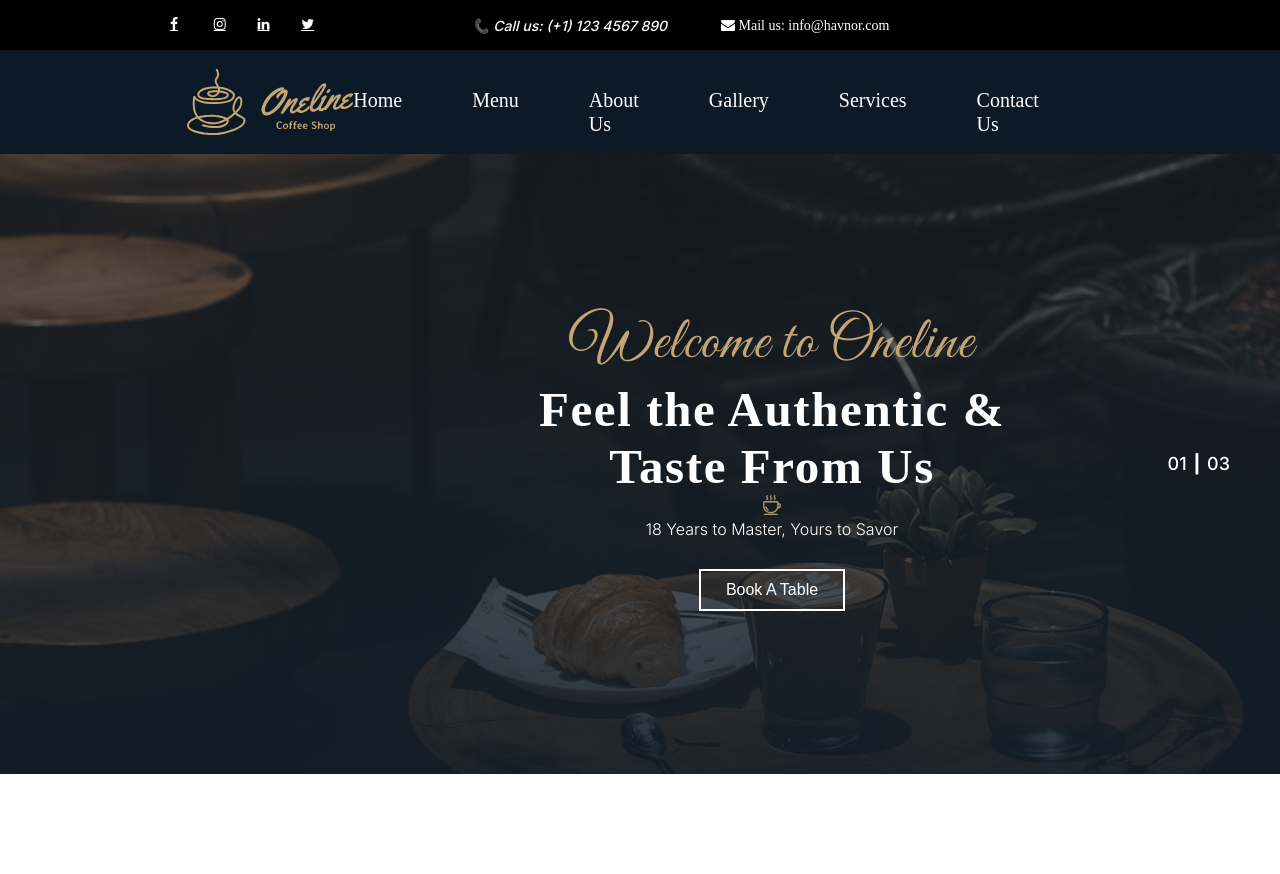
Repository: abhayzulasana/Online-Coffee-Shop
Page: index.html
An editor plug-in stored every save of this project. The page is shown before and after a run of saves, followed by the edit.
The browser window is 1280 px wide. The pictures show the whole page.

Above is the page before, as saved 2025-05-14 10:44:24.

### index.html
<!DOCTYPE html>
<html lang="en">
<head>
  <meta charset="UTF-8" />
  <meta name="viewport" content="width=device-width, initial-scale=1.0" />
  <title>Oneline Coffee Shop</title>
  <link rel="stylesheet" href="style.css" />
  <link rel="stylesheet" href="https://cdnjs.cloudflare.com/ajax/libs/font-awesome/4.7.0/css/font-awesome.min.css">

  <link rel="preconnect" href="https://fonts.googleapis.com" />
  <link rel="preconnect" href="https://fonts.gstatic.com" crossorigin />
  <link href="https://fonts.googleapis.com/css2?family=Great+Vibes&family=Inter:wght@300;500;700&display=swap" rel="stylesheet">
</head>
<body>
  <header class="top-bar">
    <div class="social-icons">
      <a href="#" class="fa fa-facebook"></a>
      <a href="#" class="fa fa-instagram"></a>
      <a href="#" class="fa fa-linkedin"></a>
      <a href="#" class="fa fa-twitter"></a>

    </div>
    <div class="contact-info">
      <i class="call"> 📞   Call us: (+1) 123 4567 890</i>
      <i class="fa fa-envelope">    Mail us: info@havnor.com</i>

    </div>
  </header>

  <nav class="navbar">
    <div class="logo">
      <img src="img/cafelogo.svg">
      <!-- <span>☕</span>
      <span class="logo-text">Oneline <small>Coffee Shop</small></span> -->
    </div>
    <ul class="nav-links">
      <li>Home</li>
      <li>Menu</li>
      <li>About Us</li>
      <li>Gallery</li>
      <li>Services</li>
      <li>Contact Us</li>
    </ul>
  </nav>

  <section class="hero">
    <div class="hero-content">
  <center>
      <h2>Welcome to Oneline</h2>
      <h1>Feel the Authentic & Taste From Us</h1>
      <img src="img/cafe.svg">

      <!-- <div class="divider">☕</div> -->
      <p>18 Years to Master, Yours to Savor</p>
      <button>Book A Table</button>
    </div>
  </center>
    <div class="scroll-number">
      <span>01</span>
      <span>┃</span>
      <span>03</span>
    </div>
  </section >
      <section class="over-story">

      </section>
    </div>
</body>
</html>

### style.css
/* Reset & Base */
* {
    margin: 0;
    padding: 0px;
    box-sizing: border-box;
  }

  body {
    font-family: 'Inter', sans-serif;
    color: white;
    /* margin-left:90px; */
    height: 100vh;
  }
  html {
    scroll-behavior: smooth;
    /*Adds smooth scrolling instead of snapping to element*/
  }

  /* Top Bar */
  .top-bar {
    top: 0px;
    width: 100%;
    height: 50px;
    background-color: #000;
    color: white;
    display: flex;
    justify-content: space-between;
    padding: 10px 30px;
    font-size: 14px;

  }

  .social-icons a {
    margin-top:7px;
    width:40px;
    height: 17px;

    /* margin-right: 10px; */
    color: white;
    /* margin-left: 0px; */
    /* gap: 10px; */
  }
  .fa-facebook{
    margin-left: 140px;
  }
  .contact-info{
      display: flex;
      gap: 40px;
      margin-right: 320px;
      font-family: 'Inter', sans-serif;

      align-items: center;

  }
  .call{
      /* gap: 70px; */
      font-family: 'Inter', sans-serif;

      /* font: normal normal medium 16px/19px Montserrat; */
      width: 209px;
  }
  .fa-envelope{
    width: 209px;
    font-family: 'Inter', sans-serif;

  }

  /* Navbar */
  .navbar {
    top: 47px;
    margin-left: 0px;
    width: 100%;
    height: 104px;
    background-color: #0c1a28;
    display: flex;
    justify-content: space-between;
    text-align: left;
    /* align-items: center; */
    padding: 15px 50px;
  }

  .logo {
    display: flex;
    align-items: center;
    font-size: 70px;
    /* color: #C5A572; */
  }
.logo img{
  margin-left: 137px;
}
  /* .logo span{
    margin-left: 50px;
    color: #C5A572;
  } */
  .logo-text {
    top: 81px;
    width: 92px;
    height: px;
    color: #C5A572;
    font-family: 'Great Vibes', cursive;
    margin-left: 210px;
    font-size: 45px;
  }

  .logo-text small {
    display: block;
    font-size: 12px;
    font-family: 'Inter', sans-serif;
  }

  .nav-links {
    /* margin-left: 57px; */
    margin-right: 290px;
    margin-top: 23px;
    height: 24px;
    list-style: none;
    display: flex;
    gap: 70px;
    /* text-align: left; */
    font: normal normal normal 20px/24px Montserrat;
    color: #FFFFFF;
    opacity: 1;
  }

  .nav-links li {
    cursor: pointer;
  }

  /* Hero Section */
  .hero {
    top: 151px;
    left: 0px;
    width: 100%;
    height: 100px;
    display: flex;
    justify-content: space-between;
    align-items: center;
    height: calc(100vh - 100px);
    padding: 0 50px;
    background: url('img/bgcafe.png');
  background-repeat: no-repeat;
  background-size: cover;
  background-position: center;
  }

  .hero-content {
    top: 398px;
    margin-left: 427px;
    width: 857px;
    height: 317px;
    max-width: 50%;
  }

  .hero-content h2 {
    /* text-align: left; */
    font: normal normal normal 60px/75px Great Vibes;
    letter-spacing: 1.2px;
    color: #C5A572;

  }

  .hero-content h1 {
    font: normal normal normal ;
    font-family:Bellefair;
    font-size: 49px;
    letter-spacing: 1.6px;

    /* margin-bottom: 20px; */
  }

  .divider {
    font-size: 20px;
    color: #d4af37;
    margin-bottom: 10px;
  }

  .hero-content p {
    margin-bottom: 30px;
    font-weight: 300;
  }

  .hero-content button {
    padding: 10px 25px;
    font-size: 16px;
    background-color: transparent;
    border: 2px solid white;
    color: white;
    cursor: pointer;
    transition: 0.3s;
  }

  .hero-content button:hover {
    background-color: white;
    color: #000;
  }

  .scroll-number {
    text-align: center;
    font-size: 18px;
    line-height: 1.8;
  }
/* over story */
.over-story{
  height: 100px;
  color: #000;
}

After the next 2 saves:
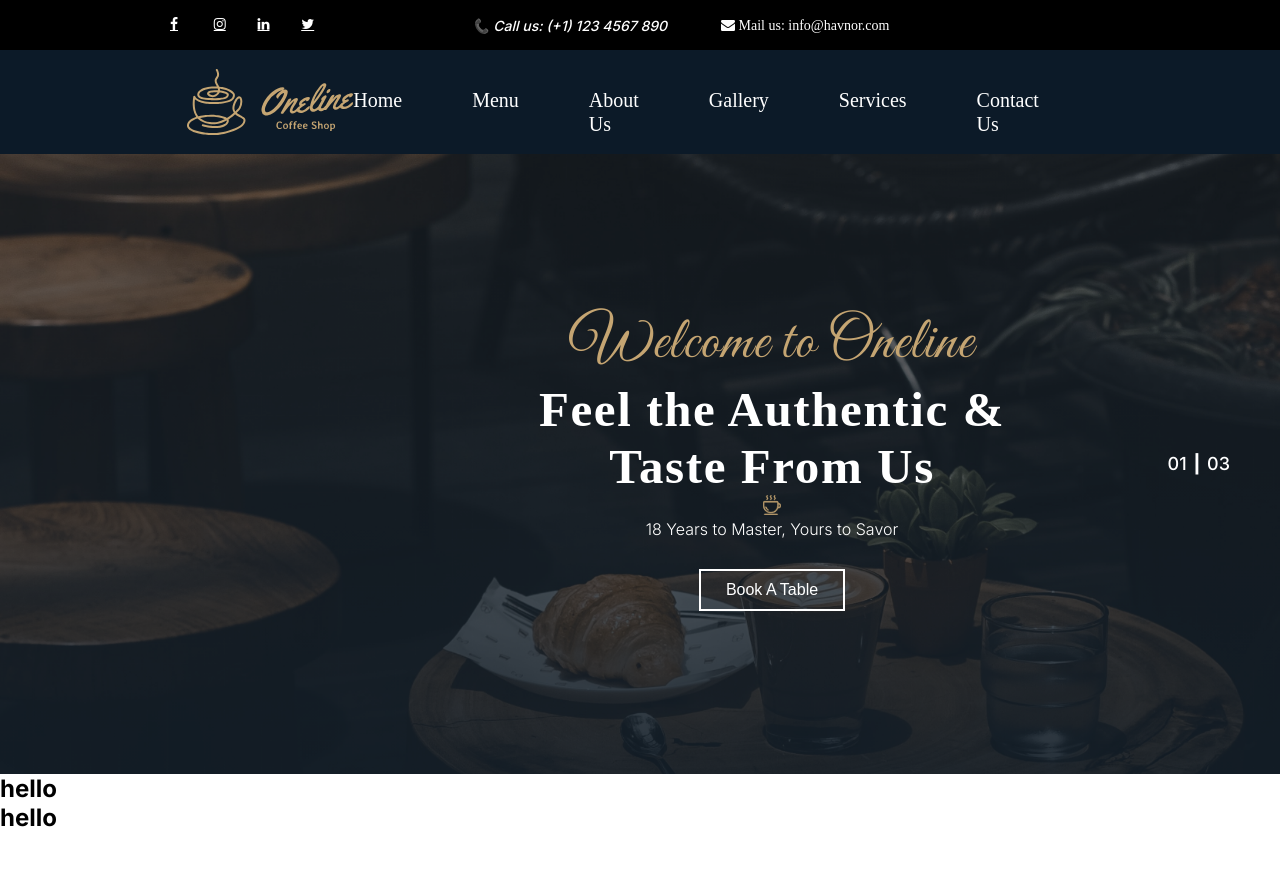
The 2 saves are shown as one change because they came seconds apart.
The last was saved 6 s later.
--- a/index.html
+++ b/index.html
@@ -62,8 +62,9 @@
     </div>
   </section >
       <section class="over-story">
+        <h1>hello</h1>
+        <h1>hello</h1>
 
       </section>
-    </div>
 </body>
 </html>
